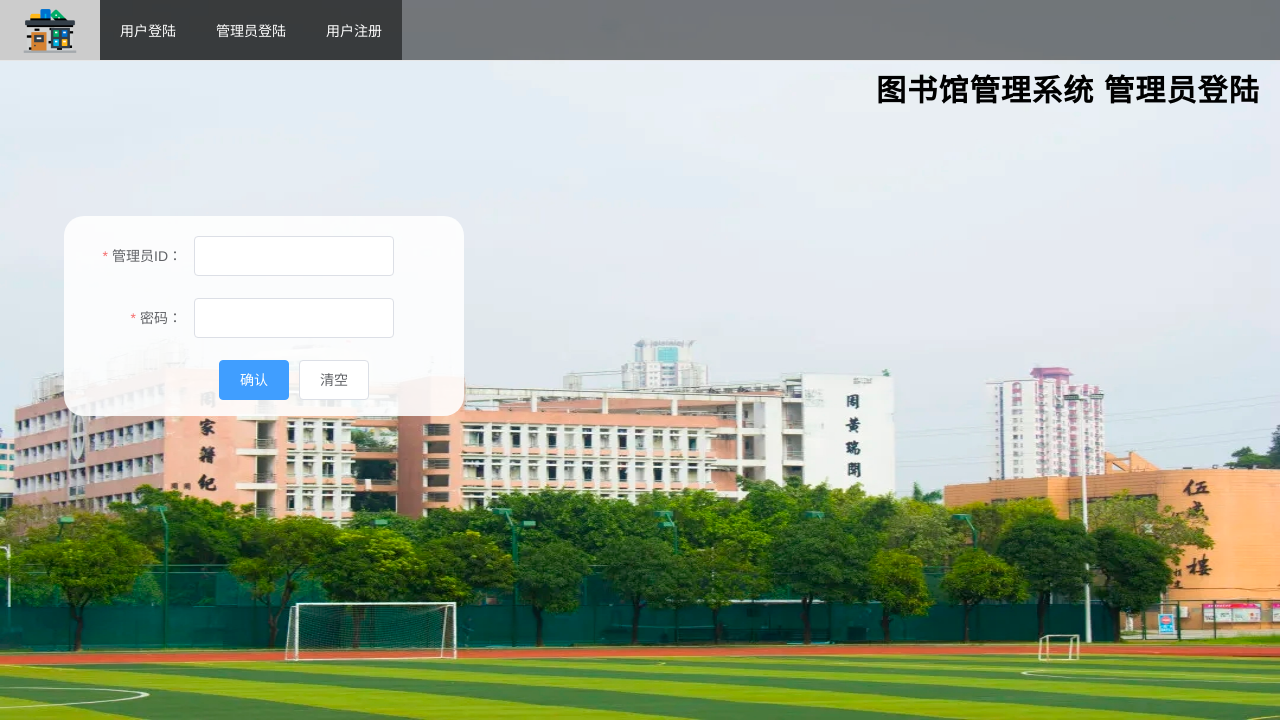
Repository: Akron-xz/helloVue
Page: /#/admin (app in vue-library/)
These files come from the project's save history. The page is drawn as it stood at one moment and after the next save; the edit follows.
The browser window is 1280 px wide. The pictures show the whole page.
The project was rebuilt for these pictures with package versions that can differ from the ones it lists, and the page was loaded fresh each time. Also part of the build but not shown: vue-library/src/views/Home.vue.

Above is the page before, as saved 2020-11-26 10:24:25.

After the next save:
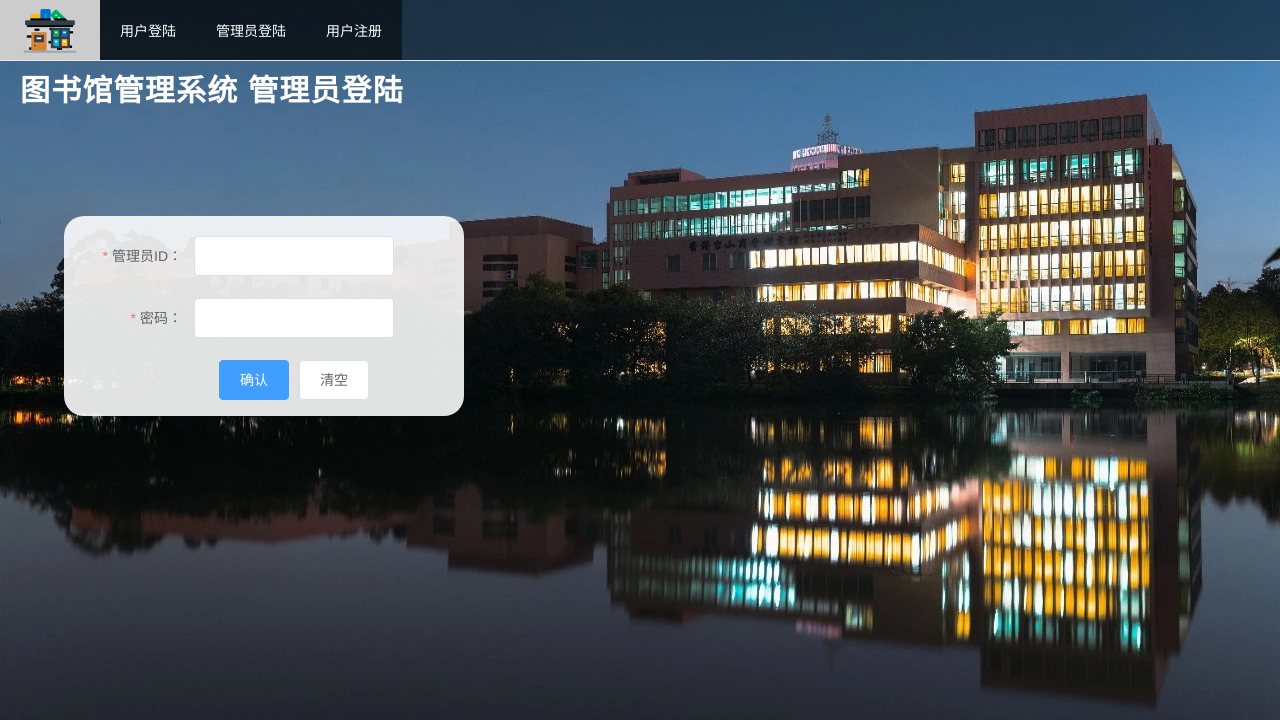
Saved 2 min 58 s later.
--- a/vue-library/src/views/Administrator.vue
+++ b/vue-library/src/views/Administrator.vue
@@ -90,7 +90,7 @@ import homeNavigation from '@/components/homeNav.vue'
         if (valid) {
           axios({
             method: "post",
-            url: "http://localhost:8081/login",
+            url: "http://192.168.3.23:8081/login",
             params: {
               id: parseInt(this.ruleForm2.adminId),
               password: this.ruleForm2.pwd,
@@ -162,16 +162,16 @@ import homeNavigation from '@/components/homeNav.vue'
   top: 0;
   width: 100%;
   height: 100%;
-  background-image: url(/img/divBg/bg22.jpg);
+  background-image: url(/img/divBg/bg32.jpg);
   background-size: 100% 100%;
 }
 
 .el-header {
-    text-align: right;
+    text-align: left;
     line-height: 60px;
     font-weight: 1000;
     font-size: 30px;
-    color:black;
+    color:white;
     letter-spacing: 0.04em;
 
 }
